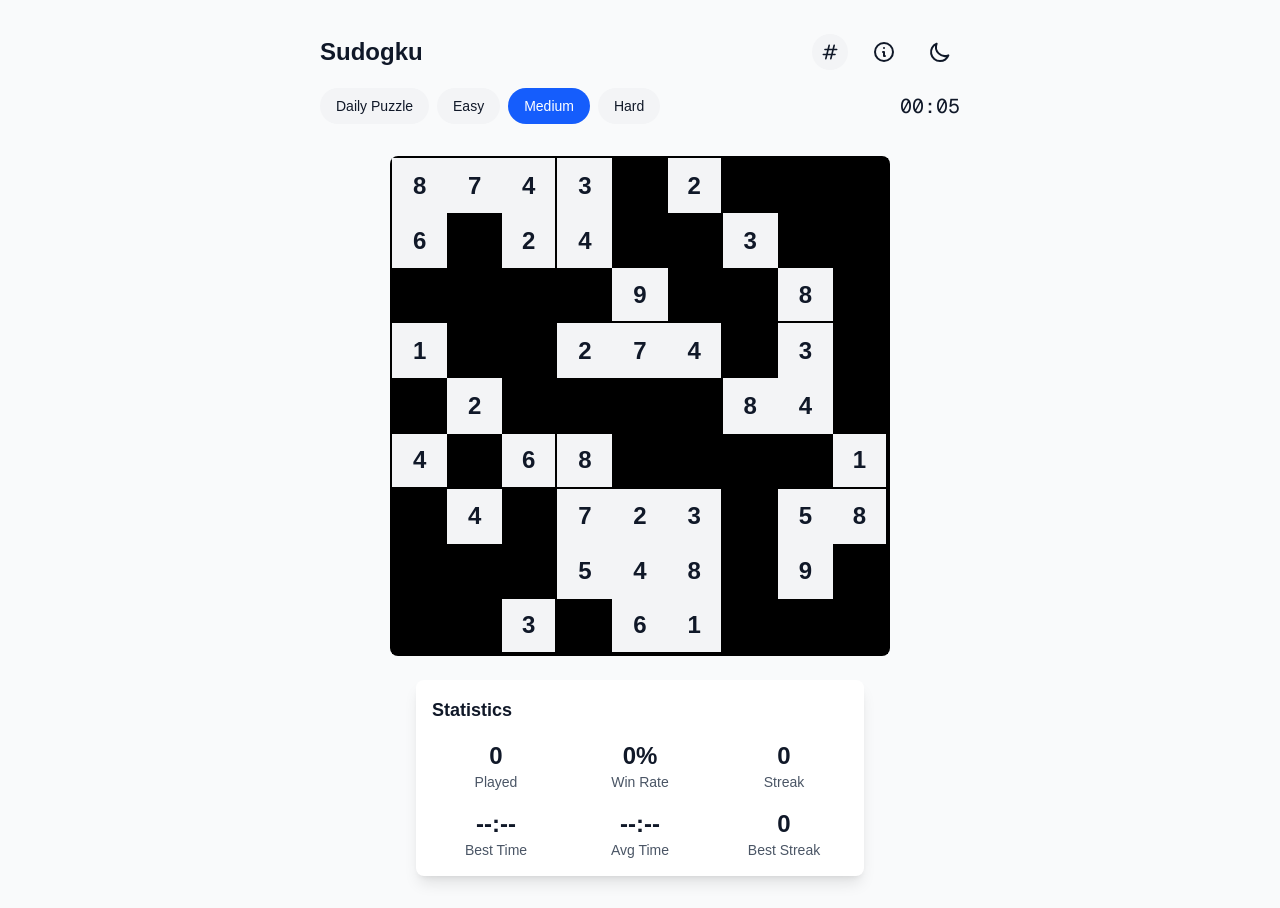
Repository: JavierSilvaF/sudogku
Page: / (app in sudogku-app/)
The author's editor kept a copy of each file at every save. The page is drawn from the files as they stood at one save, then again after the next save.
The browser window is 1280 px wide. The pictures show the whole page.
The project was rebuilt for these pictures with package versions that can differ from the ones it lists, and the page was loaded fresh each time. The framework's server and built-in components were replaced by stand-ins that run in the browser. Also part of the build but not shown: sudogku-app/next.config.mjs, sudogku-app/next.config.ts, sudogku-app/src/utils/dogImages.tsx.

Above is the page before, as saved 2025-04-06 03:12:29.

### sudogku-app/src/app/page.tsx
'use client'

import { ThemeProvider } from 'next-themes'
import { GameProvider } from '@/context/GameContext'
import Header from '@/components/Header'
import GameBoard from '@/components/GameBoard'
import NumberPad from '@/components/NumberPad'
import Victory from '@/components/Victory'
import Stats from '@/components/Stats'

export default function Home() {
  return (
    <ThemeProvider attribute='class'>
      <GameProvider>
        <div className='min-h-screen bg-gray-50 dark:bg-gray-900 text-gray-900 dark:text-gray-50'>
          <div className='max-w-2xl mx-auto px-4 py-8 pb-32 sm:pb-8'>
            <Header />
            <main className='flex flex-col items-center gap-6'>
              <GameBoard />
              <Stats />
            </main>
          </div>
          <NumberPad />
          <Victory />
        </div>
      </GameProvider>
    </ThemeProvider>
  )
}

### sudogku-app/src/components/GameBoard.tsx
import { useGame } from '@/context/GameContext'
import { motion } from 'framer-motion'
import { useState, useEffect } from 'react'
import { DogImage } from '@/utils/dogImages'

export default function GameBoard() {
  const {
    board,
    initialBoard,
    pencilMarks,
    setCellValue,
    togglePencilMark,
    selectedCell,
    setSelectedCell,
    solution,
    displayMode,
  } = useGame()
  const [isPencilMode, setIsPencilMode] = useState(false)
  const [errors, setErrors] = useState<Set<string>>(new Set())

  // Get related cells (same row, column, box, or same number)
  const getRelatedCells = (row: number, col: number): [number, number][] => {
    const related: [number, number][] = []
    const selectedValue = board[row][col]

    // Same row
    for (let c = 0; c < 9; c++) {
      if (c !== col) related.push([row, c])
    }

    // Same column
    for (let r = 0; r < 9; r++) {
      if (r !== row) related.push([r, col])
    }

    // Same 3x3 box
    const boxRow = Math.floor(row / 3) * 3
    const boxCol = Math.floor(col / 3) * 3
    for (let r = boxRow; r < boxRow + 3; r++) {
      for (let c = boxCol; c < boxCol + 3; c++) {
        if (r !== row || c !== col) related.push([r, c])
      }
    }

    // Same number
    if (selectedValue) {
      for (let r = 0; r < 9; r++) {
        for (let c = 0; c < 9; c++) {
          if ((r !== row || c !== col) && board[r][c] === selectedValue) {
            related.push([r, c])
          }
        }
      }
    }

    return related
  }

  // Check for errors in the current cell
  const checkCellError = (row: number, col: number): boolean => {
    if (!board[row][col]) return false
    return board[row][col] !== solution[row][col]
  }

  // Update errors when board changes
  useEffect(() => {
    const newErrors = new Set<string>()
    for (let row = 0; row < 9; row++) {
      for (let col = 0; col < 9; col++) {
        if (checkCellError(row, col)) {
          newErrors.add(`${row}-${col}`)
        }
      }
    }
    setErrors(newErrors)
  }, [board, solution])

  // Keyboard controls
  useEffect(() => {
    const handleKeyDown = (e: KeyboardEvent) => {
      if (!selectedCell) return

      const [row, col] = selectedCell

      if (e.key === 'p') {
        setIsPencilMode((prev) => !prev)
        return
      }

      if (e.key >= '1' && e.key <= '9') {
        const num = parseInt(e.key)
        if (isPencilMode) {
          togglePencilMark(row, col, num)
        } else {
          setCellValue(row, col, num)
        }
      }

      if (e.key === 'Delete' || e.key === 'Backspace') {
        setCellValue(row, col, null)
      }

      if (e.key.startsWith('Arrow')) {
        e.preventDefault()
        const newPosition = {
          ArrowUp: [Math.max(0, row - 1), col],
          ArrowDown: [Math.min(8, row + 1), col],
          ArrowLeft: [row, Math.max(0, col - 1)],
          ArrowRight: [row, Math.min(8, col + 1)],
        }[e.key] as [number, number]
        setSelectedCell(newPosition)
      }
    }

    window.addEventListener('keydown', handleKeyDown)
    return () => window.removeEventListener('keydown', handleKeyDown)
  }, [selectedCell, isPencilMode])

  const relatedCells = selectedCell ? getRelatedCells(...selectedCell) : []
  const relatedCellsSet = new Set(relatedCells.map(([r, c]) => `${r}-${c}`))

  const handleCellClick = (row: number, col: number) => {
    setSelectedCell([row, col])
  }

  const isRelatedCell = (
    selectedCell: [number, number] | null,
    row: number,
    col: number
  ): boolean => {
    if (!selectedCell) return false
    const [selectedRow, selectedCol] = selectedCell
    return (
      selectedRow === row ||
      selectedCol === col ||
      (Math.floor(selectedRow / 3) === Math.floor(row / 3) &&
        Math.floor(selectedCol / 3) === Math.floor(col / 3))
    )
  }

  return (
    <div className='w-full max-w-[500px] mx-auto'>
      <div className='grid grid-cols-9 gap-0 bg-black dark:bg-black p-0.5 rounded-lg'>
        {board.map((row, rowIndex) =>
          row.map((cell, colIndex) => {
            const isSelected =
              selectedCell &&
              selectedCell[0] === rowIndex &&
              selectedCell[1] === colIndex
            const isRelated = isRelatedCell(selectedCell, rowIndex, colIndex)
            const hasError =
              cell !== null && cell !== solution[rowIndex][colIndex]
            const isInitial = initialBoard[rowIndex][colIndex] !== null

            return (
              <motion.button
                key={`${rowIndex}-${colIndex}`}
                className={`relative aspect-square w-full flex items-center justify-center text-2xl font-bold cursor-pointer select-none ${
                  isSelected
                    ? 'bg-gray-300 dark:bg-gray-500 border-2 border-blue-500'
                    : isRelated
                    ? 'bg-blue-100 dark:bg-blue-900'
                    : isInitial
                    ? 'bg-gray-100 dark:bg-gray-700'
                    : ''
                } ${
                  colIndex % 3 === 2
                    ? 'border-r-2 border-black dark:border-white'
                    : ''
                } ${
                  rowIndex % 3 === 2
                    ? 'border-b-2 border-black dark:border-white'
                    : ''
                } ${hasError ? 'text-red-500 dark:text-red-400' : ''}`}
                onClick={() => handleCellClick(rowIndex, colIndex)}
                whileTap={{ scale: 0.95 }}
              >
                {cell !== null ? (
                  displayMode === 'dogs' ? (
                    <div className='w-full h-full flex items-center justify-center'>
                      <DogImage number={cell} />
                    </div>
                  ) : (
                    <span>{cell}</span>
                  )
                ) : null}
              </motion.button>
            )
          })
        )}
      </div>
    </div>
  )
}

### sudogku-app/src/components/NumberPad.tsx
import { motion } from 'framer-motion'
import { useGame } from '@/context/GameContext'
import { DogImage } from '@/utils/dogImages'

export default function NumberPad() {
  const {
    selectedCell,
    setCellValue,
    togglePencilMark,
    isPencilMode,
    displayMode,
  } = useGame()

  const handleNumberClick = (number: number) => {
    if (!selectedCell) return

    if (isPencilMode) {
      togglePencilMark(selectedCell[0], selectedCell[1], number)
    } else {
      setCellValue(selectedCell[0], selectedCell[1], number)
    }
  }

  const handleErase = () => {
    if (!selectedCell) return
    setCellValue(selectedCell[0], selectedCell[1], null)
  }

  return (
    <div className='fixed bottom-0 left-0 right-0 bg-white dark:bg-gray-800 p-4 shadow-lg sm:hidden'>
      <div className='max-w-md mx-auto'>
        <div className='grid grid-cols-5 gap-2 mb-4'>
          {[1, 2, 3, 4, 5, 6, 7, 8, 9].map((number) => (
            <motion.button
              key={number}
              className='aspect-square w-full flex items-center justify-center bg-gray-100 dark:bg-gray-700 rounded-lg'
              onClick={() => handleNumberClick(number)}
              whileTap={{ scale: 0.95 }}
            >
              {displayMode === 'dogs' ? (
                <div className='w-full h-full flex items-center justify-center'>
                  <DogImage number={number} />
                </div>
              ) : (
                <span className='text-xl font-bold'>{number}</span>
              )}
            </motion.button>
          ))}
        </div>

        <div className='flex justify-center gap-2'>
          <motion.button
            className={`px-4 py-2 rounded-lg flex items-center gap-2 ${
              isPencilMode
                ? 'bg-blue-600 text-white'
                : 'bg-gray-100 dark:bg-gray-700'
            }`}
            onClick={() => {}}
            whileTap={{ scale: 0.95 }}
          >
            <svg
              className='w-5 h-5'
              fill='none'
              stroke='currentColor'
              viewBox='0 0 24 24'
            >
              <path
                strokeLinecap='round'
                strokeLinejoin='round'
                strokeWidth={2}
                d='M15.232 5.232l3.536 3.536m-2.036-5.036a2.5 2.5 0 113.536 3.536L6.5 21.036H3v-3.572L16.732 3.732z'
              />
            </svg>
            Pencil
          </motion.button>
          <motion.button
            className='px-4 py-2 rounded-lg bg-red-500 text-white font-medium flex items-center gap-2'
            onClick={handleErase}
            whileTap={{ scale: 0.95 }}
          >
            <svg
              className='w-5 h-5'
              fill='none'
              stroke='currentColor'
              viewBox='0 0 24 24'
            >
              <path
                strokeLinecap='round'
                strokeLinejoin='round'
                strokeWidth={2}
                d='M19 7l-.867 12.142A2 2 0 0116.138 21H7.862a2 2 0 01-1.995-1.858L5 7m5 4v6m4-6v6m1-10V4a1 1 0 00-1-1h-4a1 1 0 00-1 1v3M4 7h16'
              />
            </svg>
            Erase
          </motion.button>
        </div>
      </div>
    </div>
  )
}

### sudogku-app/src/components/Victory.tsx
import { motion, AnimatePresence } from 'framer-motion'
import { useGame } from '@/context/GameContext'

export default function Victory() {
  const { isComplete, timer, isDailyPuzzle } = useGame()

  const formatTime = (seconds: number) => {
    const mins = Math.floor(seconds / 60)
    const secs = seconds % 60
    return `${mins}:${secs.toString().padStart(2, '0')}`
  }

  return (
    <AnimatePresence>
      {isComplete && (
        <motion.div
          initial={{ opacity: 0, scale: 0.8 }}
          animate={{ opacity: 1, scale: 1 }}
          exit={{ opacity: 0, scale: 0.8 }}
          className='fixed inset-0 flex items-center justify-center bg-black/50 z-50 p-4'
        >
          <motion.div
            initial={{ y: 20 }}
            animate={{ y: 0 }}
            className='bg-white dark:bg-gray-800 rounded-lg p-6 max-w-sm w-full shadow-xl'
          >
            <h2 className='text-2xl font-bold mb-4 text-center'>
              🎉 Puzzle Complete! 🎉
            </h2>
            <div className='space-y-4'>
              <p className='text-center'>
                Time: <span className='font-mono'>{formatTime(timer)}</span>
              </p>
              {isDailyPuzzle && (
                <div className='text-center text-sm'>
                  Come back tomorrow for a new daily puzzle!
                </div>
              )}
              <motion.button
                whileHover={{ scale: 1.05 }}
                whileTap={{ scale: 0.95 }}
                className='w-full py-2 px-4 bg-blue-600 text-white rounded-full font-medium'
                onClick={() => window.location.reload()}
              >
                Play Again
              </motion.button>
            </div>
          </motion.div>
        </motion.div>
      )}
    </AnimatePresence>
  )
}

### sudogku-app/src/components/Stats.tsx
import { useState, useEffect } from 'react'
import { motion } from 'framer-motion'

interface Statistics {
  gamesPlayed: number
  gamesWon: number
  currentStreak: number
  bestStreak: number
  averageTime: number
  bestTime: number
}

export default function Stats() {
  const [stats, setStats] = useState<Statistics>({
    gamesPlayed: 0,
    gamesWon: 0,
    currentStreak: 0,
    bestStreak: 0,
    averageTime: 0,
    bestTime: 0,
  })

  useEffect(() => {
    // Load stats from localStorage
    const savedStats = localStorage.getItem('sudogku-stats')
    if (savedStats) {
      setStats(JSON.parse(savedStats))
    }
  }, [])

  const formatTime = (seconds: number) => {
    if (seconds === 0) return '--:--'
    const mins = Math.floor(seconds / 60)
    const secs = seconds % 60
    return `${mins.toString().padStart(2, '0')}:${secs
      .toString()
      .padStart(2, '0')}`
  }

  return (
    <motion.div
      initial={{ opacity: 0 }}
      animate={{ opacity: 1 }}
      className='w-full max-w-md bg-white dark:bg-gray-800 rounded-lg p-4 shadow-lg'
    >
      <h2 className='text-lg font-bold mb-4'>Statistics</h2>
      <div className='grid grid-cols-2 sm:grid-cols-3 gap-4'>
        <div className='text-center'>
          <div className='text-2xl font-bold'>{stats.gamesPlayed}</div>
          <div className='text-sm text-gray-600 dark:text-gray-400'>Played</div>
        </div>
        <div className='text-center'>
          <div className='text-2xl font-bold'>
            {stats.gamesPlayed
              ? Math.round((stats.gamesWon / stats.gamesPlayed) * 100)
              : 0}
            %
          </div>
          <div className='text-sm text-gray-600 dark:text-gray-400'>
            Win Rate
          </div>
        </div>
        <div className='text-center'>
          <div className='text-2xl font-bold'>{stats.currentStreak}</div>
          <div className='text-sm text-gray-600 dark:text-gray-400'>Streak</div>
        </div>
        <div className='text-center'>
          <div className='text-2xl font-bold'>{formatTime(stats.bestTime)}</div>
          <div className='text-sm text-gray-600 dark:text-gray-400'>
            Best Time
          </div>
        </div>
        <div className='text-center'>
          <div className='text-2xl font-bold'>
            {formatTime(stats.averageTime)}
          </div>
          <div className='text-sm text-gray-600 dark:text-gray-400'>
            Avg Time
          </div>
        </div>
        <div className='text-center'>
          <div className='text-2xl font-bold'>{stats.bestStreak}</div>
          <div className='text-sm text-gray-600 dark:text-gray-400'>
            Best Streak
          </div>
        </div>
      </div>
    </motion.div>
  )
}

### sudogku-app/src/utils/sudoku.ts
export type Grid = (number | null)[][];

export class SudokuGenerator {
  private grid: Grid = Array(9).fill(null).map(() => Array(9).fill(null));

  private isValid(row: number, col: number, num: number): boolean {
    // Check row
    for (let x = 0; x < 9; x++) {
      if (this.grid[row][x] === num) return false;
    }

    // Check column
    for (let x = 0; x < 9; x++) {
      if (this.grid[x][col] === num) return false;
    }

    // Check 3x3 box
    const boxRow = Math.floor(row / 3) * 3;
    const boxCol = Math.floor(col / 3) * 3;
    for (let i = 0; i < 3; i++) {
      for (let j = 0; j < 3; j++) {
        if (this.grid[boxRow + i][boxCol + j] === num) return false;
      }
    }

    return true;
  }

  private fillDiagonal(): void {
    for (let i = 0; i < 9; i += 3) {
      this.fillBox(i, i);
    }
  }

  private fillBox(row: number, col: number): void {
    let num;
    for (let i = 0; i < 3; i++) {
      for (let j = 0; j < 3; j++) {
        do {
          num = Math.floor(Math.random() * 9) + 1;
        } while (!this.isValid(row + i, col + j, num));
        this.grid[row + i][col + j] = num;
      }
    }
  }

  private fillRemaining(row: number, col: number): boolean {
    if (col >= 9 && row < 8) {
      row++;
      col = 0;
    }
    if (row >= 9 && col >= 9) return true;
    if (row < 3) {
      if (col < 3) col = 3;
    } else if (row < 6) {
      if (col === Math.floor(row / 3) * 3) col += 3;
    } else {
      if (col === 6) {
        row++;
        col = 0;
        if (row >= 9) return true;
      }
    }

    for (let num = 1; num <= 9; num++) {
      if (this.isValid(row, col, num)) {
        this.grid[row][col] = num;
        if (this.fillRemaining(row, col + 1)) return true;
        this.grid[row][col] = null;
      }
    }
    return false;
  }

  private removeDigits(difficulty: 'easy' | 'medium' | 'hard'): void {
    const removeCount = {
      easy: 30,
      medium: 45,
      hard: 55
    }[difficulty];

    let count = removeCount;
    while (count > 0) {
      const row = Math.floor(Math.random() * 9);
      const col = Math.floor(Math.random() * 9);
      if (this.grid[row][col] !== null) {
        this.grid[row][col] = null;
        count--;
      }
    }
  }

  generate(difficulty: 'easy' | 'medium' | 'hard'): { puzzle: Grid, solution: Grid } {
    this.grid = Array(9).fill(null).map(() => Array(9).fill(null));
    this.fillDiagonal();
    this.fillRemaining(0, 3);
    const solution = this.grid.map(row => [...row]);
    this.removeDigits(difficulty);
    return {
      puzzle: this.grid.map(row => [...row]),
      solution
    };
  }
}

export class SudokuSolver {
  static isValidMove(grid: Grid, row: number, col: number, num: number): boolean {
    // Check row
    for (let x = 0; x < 9; x++) {
      if (grid[row][x] === num) return false;
    }

    // Check column
    for (let x = 0; x < 9; x++) {
      if (grid[x][col] === num) return false;
    }

    // Check 3x3 box
    const boxRow = Math.floor(row / 3) * 3;
    const boxCol = Math.floor(col / 3) * 3;
    for (let i = 0; i < 3; i++) {
      for (let j = 0; j < 3; j++) {
        if (grid[boxRow + i][boxCol + j] === num) return false;
      }
    }

    return true;
  }

  static isSolved(grid: Grid): boolean {
    for (let row = 0; row < 9; row++) {
      for (let col = 0; col < 9; col++) {
        if (grid[row][col] === null) return false;
      }
    }
    return true;
  }
}

### sudogku-app/src/utils/dailyPuzzle.ts
import { SudokuGenerator, Grid } from './sudoku';
import seedrandom from 'seedrandom';

export function getDailyPuzzleSeed() {
  const now = new Date();
  const year = now.getUTCFullYear();
  const month = now.getUTCMonth();
  const day = now.getUTCDate();
  return `${year}-${month}-${day}`;
}

export function generateDailyPuzzle(): { puzzle: Grid, solution: Grid } {
  const seed = getDailyPuzzleSeed();
  const generator = new SudokuGenerator();

  // Use the seed to generate a deterministic puzzle
  const seedNumber = Array.from(seed).reduce((acc, char) => acc + char.charCodeAt(0), 0);
  seedrandom(seedNumber.toString());

  return generator.generate('medium');
}

Loaded but not shown: sudogku-app/src/app/layout.tsx (common file); sudogku-app/src/app/globals.css (common file); sudogku-app/src/context/GameContext.tsx (317 lines, source omitted); sudogku-app/src/components/Header.tsx (185 lines, source omitted)

After the next save:
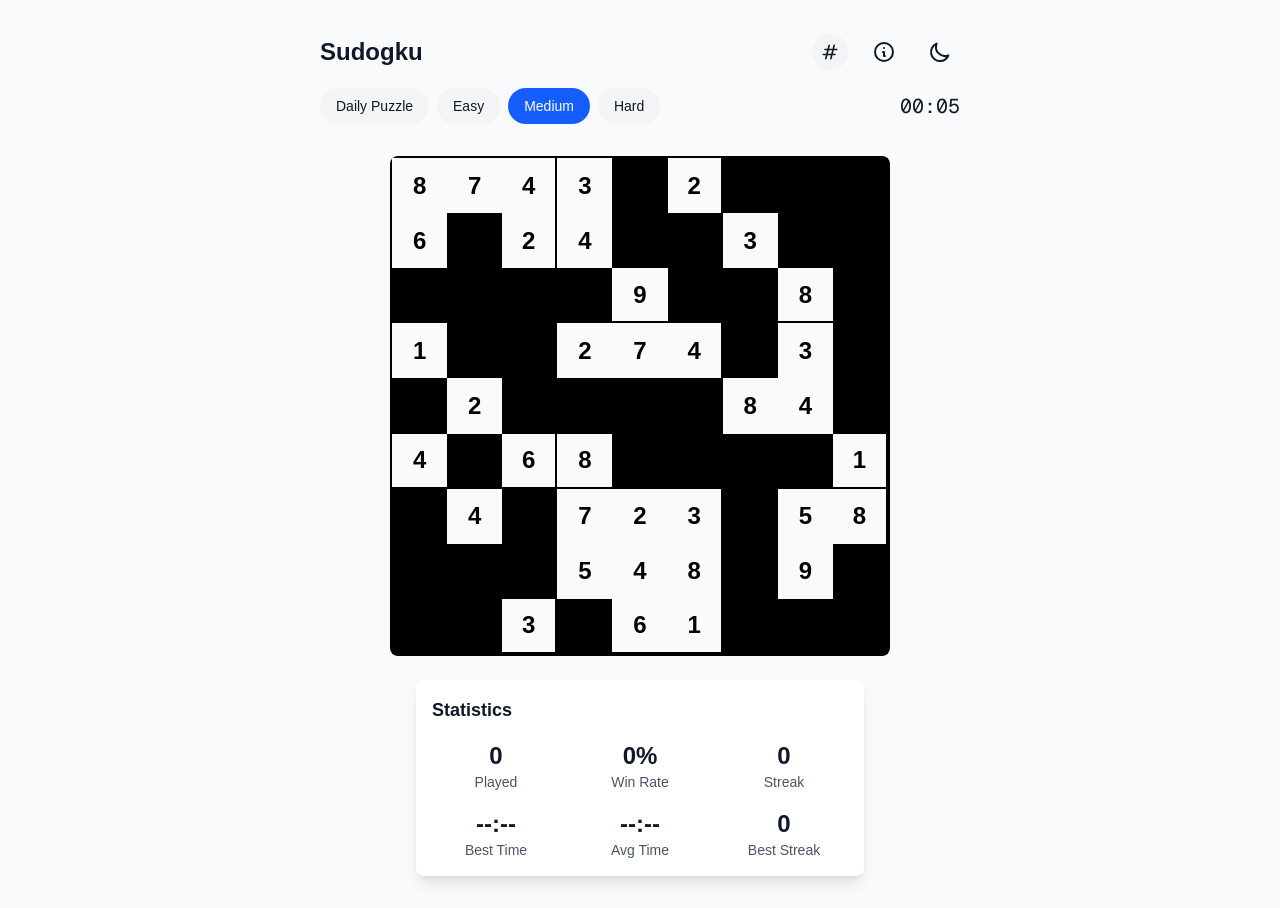
Saved 28 s later.
--- a/sudogku-app/src/components/GameBoard.tsx
+++ b/sudogku-app/src/components/GameBoard.tsx
@@ -161,7 +161,7 @@ export default function GameBoard() {
                     : isRelated
                     ? 'bg-blue-100 dark:bg-blue-900'
                     : isInitial
-                    ? 'bg-gray-100 dark:bg-gray-700'
+                    ? 'bg-gray-50 dark:bg-gray-800 text-black dark:text-white'
                     : ''
                 } ${
                   colIndex % 3 === 2
